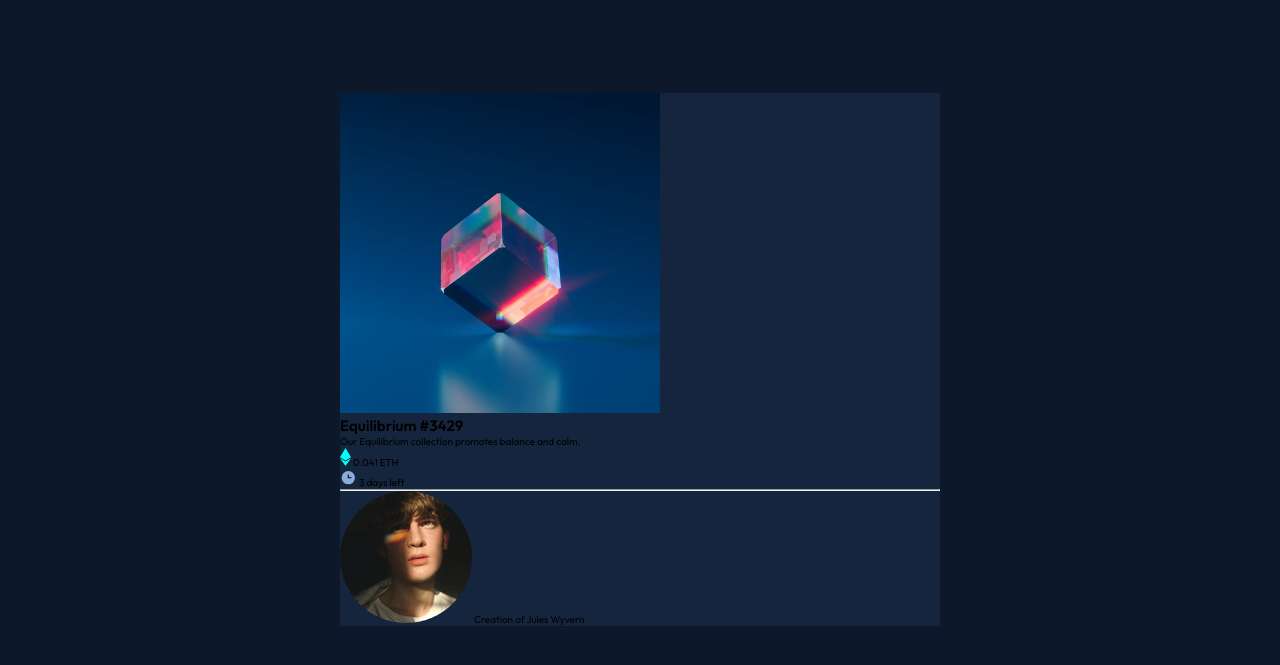
Repository: thaibaocoder1/nft-preview-card-component
Page: index.html
These files come from the project's save history. The page is drawn as it stood at one moment and after a run of saves; the edit follows.
The browser window is 1280 px wide. The pictures show the whole page.

Above is the page before, as saved 2023-01-06 18:30:16.

After the next 4 saves:
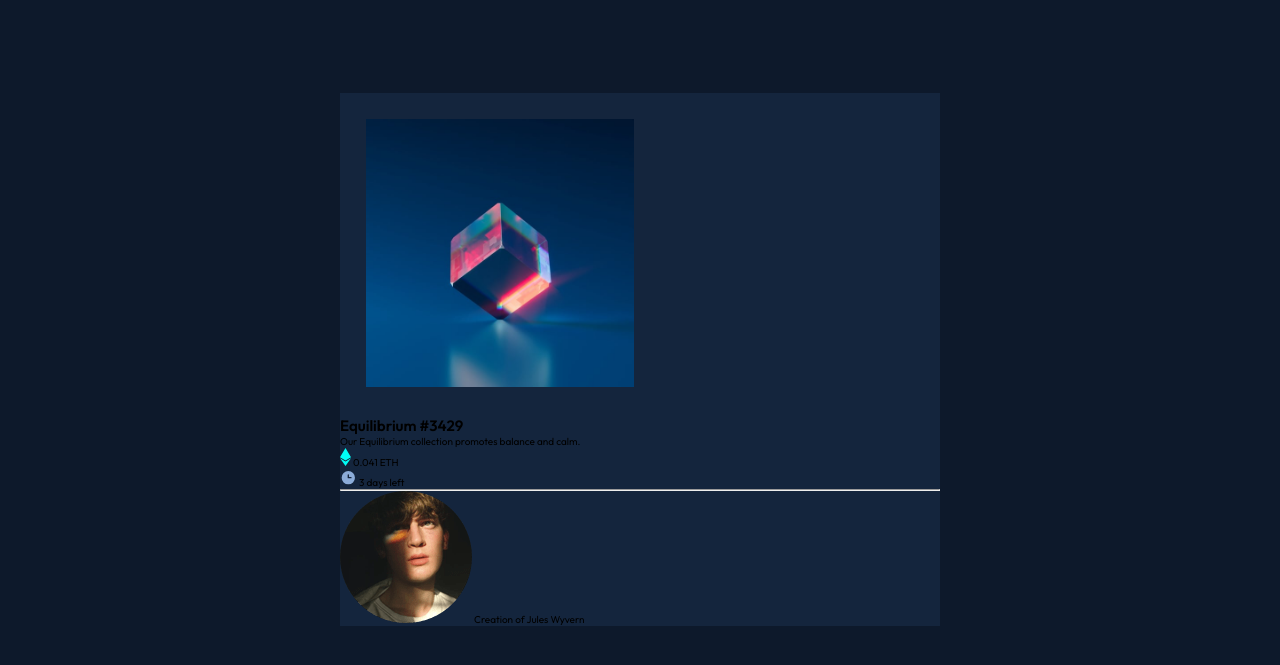
The 4 saves are shown as one change because they came seconds apart.
The last was saved 17 s later.
--- a/style.css
+++ b/style.css
@@ -32,4 +32,5 @@ body {
     height: 20rem;
     object-fit: cover;
     cursor: pointer;
+    padding: 1.6rem;
 }
